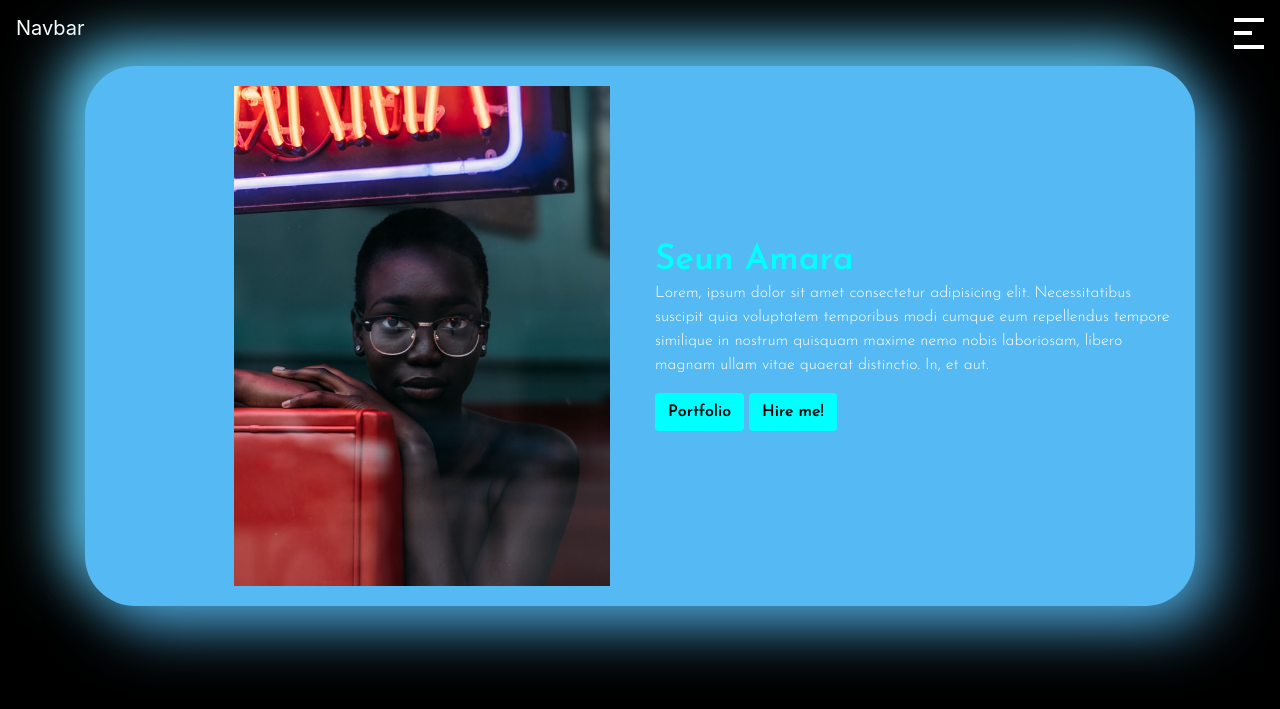
Repository: latenightsnacc/portfolio-site
Page: index.html
An editor plug-in stored every save of this project. The page is shown before and after the next save, followed by the edit.
The browser window is 1280 px wide. The pictures show the whole page.
The style sheet was rebuilt from its Sass, Less or Tailwind sources for each picture, by a compiler version that may differ from the author's.

Above is the page before, as saved 2020-08-03 14:42:11.

After the next save:
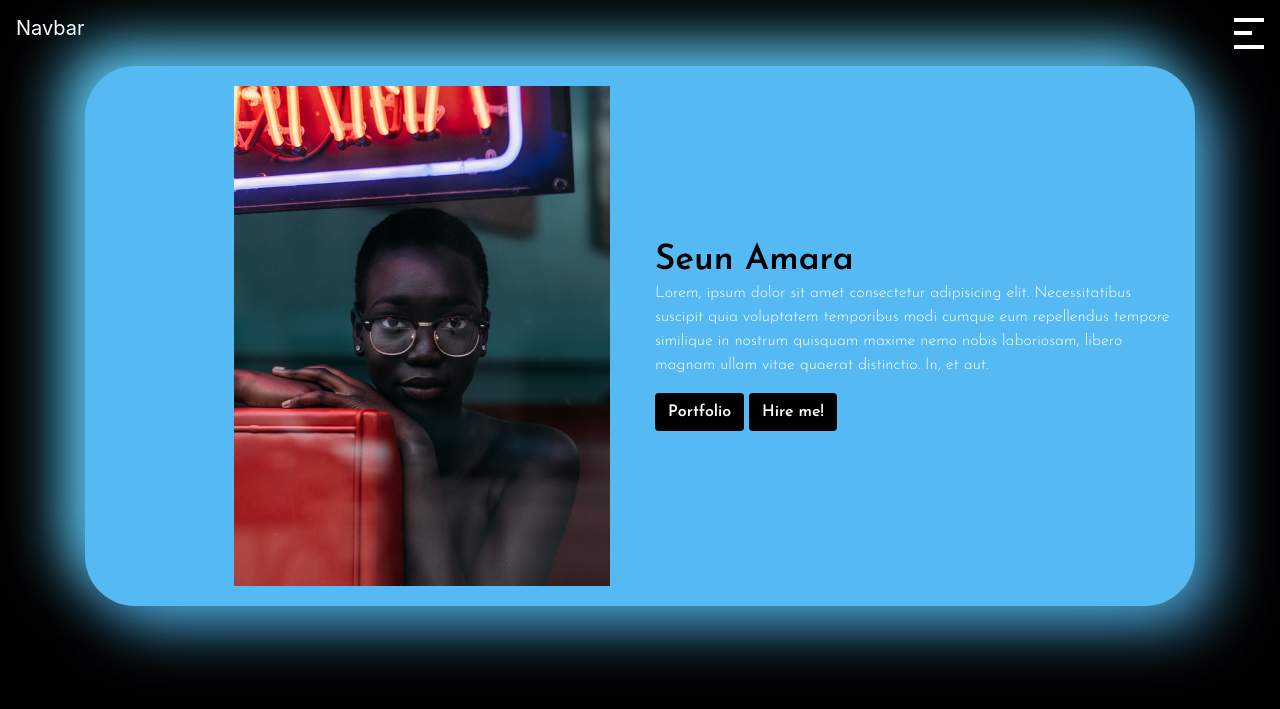
Saved 2 min 56 s later.
--- a/styles/stylesheet.scss
+++ b/styles/stylesheet.scss
@@ -18,9 +18,9 @@ body,html, .bg-dark {
     background-color: $dark!important;
 }
 .btn {
-    background-color: #0ff;
+    background-color: #000;
     font-weight: $bold;
-    color: $dark;
+    color: $light;
 }
 .img-box {
     width: 100%;
@@ -41,18 +41,17 @@ body,html, .bg-dark {
 }
 .card {
     border: 0px !important;
-    background-color: $bg-dark;
     color: $light;
     font-family: $font;
     // box-shadow: $bS;
     border-radius: 50px;
-background: #55b9f3;
-box-shadow:  20px 20px 60px #489dcf,
+    background: #55b9f3;
+    box-shadow:  20px 20px 60px #489dcf,
              -20px -20px 60px #62d5ff;
 
     .name {
         font-weight: $bold;
-        color: #0ff;
+        color: $dark;
         line-height: 40px;
         font-size: 35px;
     }
